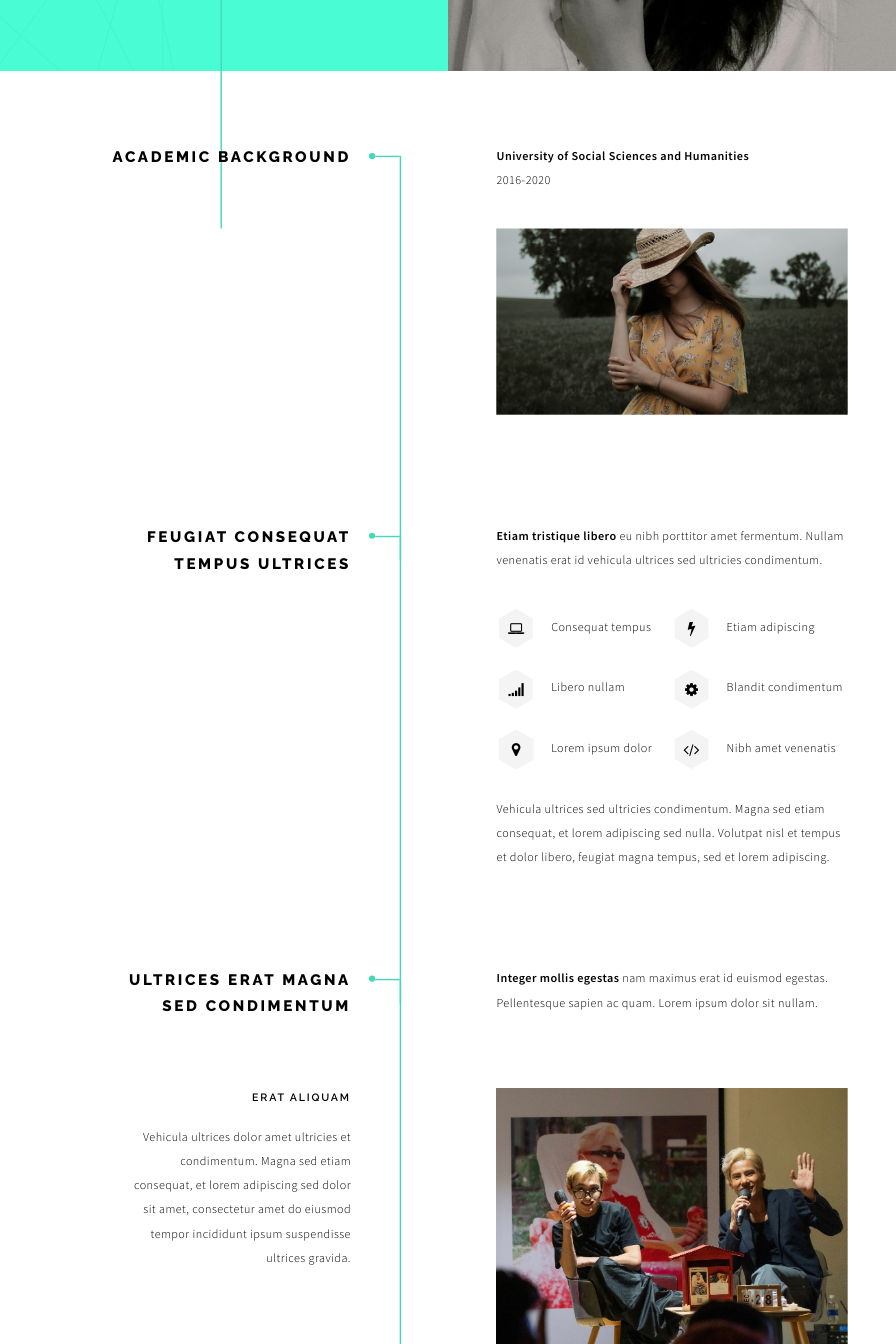
Repository: leonardin999/linh-porfolios
Page: index.html
The author's editor kept a copy of each file at every save. The page is drawn from the files as they stood at one save, then again after the next save.
The browser window is 1280 px wide. The pictures show the part of the page from y = 619 to 2539 px (the page is 6307 px tall before and 6041 px after), at 70% of full size.

Above is the page before, as saved 2023-01-22 21:23:29.

### index.html
<!DOCTYPE html>
<!--
	Paradigm Shift by HTML5 UP
	html5up.net | @ajlkn
	Free for personal and commercial use under the CCA 3.0 license (html5up.net/license)
-->
<html>
  <head>
    <title>Linh's Porfolio</title>
    <meta charset="utf-8" />
    <meta
      name="viewport"
      content="width=device-width, initial-scale=1, user-scalable=no"
    />
    <meta name="description" content="" />
    <meta name="keywords" content="" />
    <link rel="stylesheet" href="assets/css/main.css" />
  </head>
  <body class="is-preload">
    <!-- Wrapper -->
    <div id="wrapper">
      <!-- Intro -->
      <section class="intro">
        <header>
          <h1>PARTNERSHIP MARKETING EXECUTIVE</h1>
          <p>
            I believe in "edutainment" which can help everyone absorb knowledge
            easily. I am interested in both education and entertainment and
            combine them in my projects.
          </p>
          <ul class="actions">
            <li>
              <a href="#first" class="arrow scrolly"
                ><span class="label">Next</span></a
              >
            </li>
          </ul>
        </header>
        <div class="content">
          <span class="image fill" data-position="center"
            ><img src="images/pic01.jpg" alt=""
          /></span>
        </div>
      </section>

      <!-- Section -->
      <section id="first">
        <header>
          <h2>Academic background</h2>
        </header>
        <div class="content">
            <strong>University of Social Sciences and Humanities</strong>
            <br>2016-2020</br>
          </p>
          <span class="image main"><img src="images/pic02.jpg" alt="" /></span>
        </div>
      </section>

      <!-- Section -->
      <section>
        <header>
          <h2>Feugiat consequat tempus ultrices</h2>
        </header>
        <div class="content">
          <p>
            <strong>Etiam tristique libero</strong> eu nibh porttitor amet
            fermentum. Nullam venenatis erat id vehicula ultrices sed ultricies
            condimentum.
          </p>
          <ul class="feature-icons">
            <li class="icon fa-laptop">Consequat tempus</li>
            <li class="icon fa-bolt">Etiam adipiscing</li>
            <li class="icon fa-signal">Libero nullam</li>
            <li class="icon fa-gear">Blandit condimentum</li>
            <li class="icon fa-map-marker">Lorem ipsum dolor</li>
            <li class="icon fa-code">Nibh amet venenatis</li>
          </ul>
          <p>
            Vehicula ultrices sed ultricies condimentum. Magna sed etiam
            consequat, et lorem adipiscing sed nulla. Volutpat nisl et tempus et
            dolor libero, feugiat magna tempus, sed et lorem adipiscing.
          </p>
        </div>
      </section>

      <!-- Section -->
      <section>
        <header>
          <h2>Ultrices erat magna sed condimentum</h2>
        </header>
        <div class="content">
          <p>
            <strong>Integer mollis egestas</strong> nam maximus erat id euismod
            egestas. Pellentesque sapien ac quam. Lorem ipsum dolor sit nullam.
          </p>

          <!-- Section -->
          <section>
            <header>
              <h3>Erat aliquam</h3>
              <p>
                Vehicula ultrices dolor amet ultricies et condimentum. Magna sed
                etiam consequat, et lorem adipiscing sed dolor sit amet,
                consectetur amet do eiusmod tempor incididunt ipsum suspendisse
                ultrices gravida.
              </p>
            </header>
            <div class="content">
              <div class="gallery">
                <a href="images/gallery/fulls/01.jpg" class="landscape"
                  ><img src="images/gallery/thumbs/01.jpg" alt=""
                /></a>
                <a href="images/gallery/fulls/02.jpg"
                  ><img src="images/gallery/thumbs/02.jpg" alt=""
                /></a>
                <a href="images/gallery/fulls/03.jpg"
                  ><img src="images/gallery/thumbs/03.jpg" alt=""
                /></a>
                <a href="images/gallery/fulls/04.jpg" class="landscape"
                  ><img src="images/gallery/thumbs/04.jpg" alt=""
                /></a>
              </div>
            </div>
          </section>

          <!-- Section -->
          <section>
            <header>
              <h3>Nisl consequat</h3>
              <p>
                Aenean ornare velit lacus, ac varius enim ullamcorper eu. Proin
                aliquam sed facilisis ante interdum congue. Integer mollis, nisl
                amet convallis, porttitor magna ullamcorper, amet mauris. Ut
                magna finibus nisi nec lacinia ipsum maximus.
              </p>
            </header>
            <div class="content">
              <div class="gallery">
                <a href="images/gallery/fulls/05.jpg" class="landscape"
                  ><img src="images/gallery/thumbs/05.jpg" alt=""
                /></a>
                <a href="images/gallery/fulls/06.jpg"
                  ><img src="images/gallery/thumbs/06.jpg" alt=""
                /></a>
                <a href="images/gallery/fulls/07.jpg"
                  ><img src="images/gallery/thumbs/07.jpg" alt=""
                /></a>
              </div>
            </div>
          </section>

          <!-- Section -->
          <section>
            <header>
              <h3>Lorem gravida</h3>
              <p>
                Proin aliquam facilisis ante interdum. Sed nulla amet lorem
                feugiat tempus aenean ornare velit lacus, ac varius sed enim
                lorem ullamcorper dolore. ac varius enim lorem ullamcorper
                dolore. Proin aliquam facilisis.
              </p>
            </header>
            <div class="content">
              <div class="gallery">
                <a href="images/gallery/fulls/08.jpg" class="portrait"
                  ><img src="images/gallery/thumbs/08.jpg" alt=""
                /></a>
                <a href="images/gallery/fulls/09.jpg" class="portrait"
                  ><img src="images/gallery/thumbs/09.jpg" alt=""
                /></a>
                <a href="images/gallery/fulls/10.jpg" class="landscape"
                  ><img src="images/gallery/thumbs/10.jpg" alt=""
                /></a>
              </div>
            </div>
          </section>
        </div>
      </section>

      <!-- Section -->
      <section>
        <header>
          <h2>Duis sed adpiscing veroeros amet</h2>
        </header>
        <div class="content">
          <p>
            <strong>Proin tempus feugiat</strong> sed varius enim lorem
            ullamcorper dolore aliquam aenean ornare velit lacus, ac varius enim
            lorem ullamcorper dolore.
          </p>
          <ul class="actions">
            <li><a href="#" class="button primary large">Get Started</a></li>
            <li><a href="#" class="button large">Learn More</a></li>
          </ul>
        </div>
      </section>

      <!-- Elements -->
      <!--
					<section>
						<header>
							<h2>Elements</h2>
						</header>
						<div class="content">

							<section>
								<header>
									<h3>Text</h3>
								</header>
								<div class="content">
									<p>This is <b>bold</b> and this is <strong>strong</strong>. This is <i>italic</i> and this is <em>emphasized</em>.
									This is <sup>superscript</sup> text and this is <sub>subscript</sub> text.
									This is <u>underlined</u> and this is code: <code>for (;;) { ... }</code>. Finally, <a href="#">this is a link</a>.</p>
									<hr />
									<h2>Heading Level 2</h2>
									<h3>Heading Level 3</h3>
									<h4>Heading Level 4</h4>
									<h5>Heading Level 5</h5>
									<hr />
									<h5>Blockquote</h5>
									<blockquote>Fringilla nisl. Donec accumsan interdum nisi, quis tincidunt felis sagittis eget tempus euismod. Vestibulum ante ipsum primis in faucibus vestibulum. Blandit adipiscing eu felis iaculis volutpat ac adipiscing accumsan faucibus. Vestibulum ante ipsum primis in faucibus lorem ipsum dolor sit amet nullam adipiscing eu felis.</blockquote>
									<h5>Preformatted</h5>
									<pre><code>i = 0;

while (!deck.isInOrder()) {
  print 'Iteration ' + i;
  deck.shuffle();
  i++;
}

print 'Sorted in ' + i + ' iterations.';</code></pre>
								</div>
							</section>

							<section>
								<header>
									<h3>Lists</h3>
								</header>
								<div class="content">

									<h4>Unordered</h4>
									<ul>
										<li>Dolor pulvinar etiam.</li>
										<li>Sagittis adipiscing.</li>
										<li>Felis enim feugiat.</li>
									</ul>

									<h4>Alternate</h4>
									<ul class="alt">
										<li>Dolor pulvinar etiam.</li>
										<li>Sagittis adipiscing.</li>
										<li>Felis enim feugiat.</li>
									</ul>

									<h4>Ordered</h4>
									<ol>
										<li>Dolor pulvinar etiam.</li>
										<li>Etiam vel felis viverra.</li>
										<li>Felis enim feugiat.</li>
										<li>Dolor pulvinar etiam.</li>
										<li>Etiam vel felis lorem.</li>
										<li>Felis enim et feugiat.</li>
									</ol>
									<h4>Icons</h4>
									<ul class="icons">
										<li><a href="#" class="icon fa-twitter"><span class="label">Twitter</span></a></li>
										<li><a href="#" class="icon fa-facebook"><span class="label">Facebook</span></a></li>
										<li><a href="#" class="icon fa-instagram"><span class="label">Instagram</span></a></li>
										<li><a href="#" class="icon fa-github"><span class="label">Github</span></a></li>
									</ul>

									<h4>Actions</h4>
									<ul class="actions">
										<li><a href="#" class="button primary">Default</a></li>
										<li><a href="#" class="button">Default</a></li>
									</ul>
									<ul class="actions stacked">
										<li><a href="#" class="button primary">Default</a></li>
										<li><a href="#" class="button">Default</a></li>
									</ul>
								</div>
							</section>

							<section>
								<header>
									<h3>Table</h3>
								</header>
								<div class="content">
									<h4>Default</h4>
									<div class="table-wrapper">
										<table>
											<thead>
												<tr>
													<th>Name</th>
													<th>Description</th>
													<th>Price</th>
												</tr>
											</thead>
											<tbody>
												<tr>
													<td>Item One</td>
													<td>Ante turpis integer aliquet porttitor.</td>
													<td>29.99</td>
												</tr>
												<tr>
													<td>Item Two</td>
													<td>Vis ac commodo adipiscing arcu aliquet.</td>
													<td>19.99</td>
												</tr>
												<tr>
													<td>Item Three</td>
													<td> Morbi faucibus arcu accumsan lorem.</td>
													<td>29.99</td>
												</tr>
												<tr>
													<td>Item Four</td>
													<td>Vitae integer tempus condimentum.</td>
													<td>19.99</td>
												</tr>
												<tr>
													<td>Item Five</td>
													<td>Ante turpis integer aliquet porttitor.</td>
													<td>29.99</td>
												</tr>
											</tbody>
											<tfoot>
												<tr>
													<td colspan="2"></td>
													<td>100.00</td>
												</tr>
											</tfoot>
										</table>
									</div>

									<h4>Alternate</h4>
									<div class="table-wrapper">
										<table class="alt">
											<thead>
												<tr>
													<th>Name</th>
													<th>Description</th>
													<th>Price</th>
												</tr>
											</thead>
											<tbody>
												<tr>
													<td>Item One</td>
													<td>Ante turpis integer aliquet porttitor.</td>
													<td>29.99</td>
												</tr>
												<tr>
													<td>Item Two</td>
													<td>Vis ac commodo adipiscing arcu aliquet.</td>
													<td>19.99</td>
												</tr>
												<tr>
													<td>Item Three</td>
													<td> Morbi faucibus arcu accumsan lorem.</td>
													<td>29.99</td>
												</tr>
												<tr>
													<td>Item Four</td>
													<td>Vitae integer tempus condimentum.</td>
													<td>19.99</td>
												</tr>
												<tr>
													<td>Item Five</td>
													<td>Ante turpis integer aliquet porttitor.</td>
													<td>29.99</td>
												</tr>
											</tbody>
											<tfoot>
												<tr>
													<td colspan="2"></td>
													<td>100.00</td>
												</tr>
											</tfoot>
										</table>
									</div>
								</div>
							</section>

							<section>
								<header>
									<h3>Buttons</h3>
								</header>
								<div class="content">
									<ul class="actions">
										<li><a href="#" class="button primary">Primary</a></li>
										<li><a href="#" class="button">Default</a></li>
									</ul>
									<ul class="actions">
										<li><a href="#" class="button large">Large</a></li>
										<li><a href="#" class="button">Default</a></li>
										<li><a href="#" class="button small">Small</a></li>
									</ul>
									<ul class="actions">
										<li><a href="#" class="button primary icon fa-download">Icon</a></li>
										<li><a href="#" class="button icon fa-download">Icon</a></li>
									</ul>
									<ul class="actions">
										<li><span class="button primary disabled">Disabled</span></li>
										<li><span class="button disabled">Disabled</span></li>
									</ul>
								</div>
							</section>

							<section>
								<header>
									<h3>Form</h3>
								</header>
								<div class="content">
									<form method="post" action="#">
										<div class="fields">
											<div class="field half">
												<label for="demo-name">Name</label>
												<input type="text" name="demo-name" id="demo-name" value="" placeholder="Jane Doe" />
											</div>
											<div class="field half">
												<label for="demo-email">Email</label>
												<input type="email" name="demo-email" id="demo-email" value="" placeholder="jane@untitled.tld" />
											</div>
											<div class="field">
												<label for="demo-category">Category</label>
												<select name="demo-category" id="demo-category">
													<option value="">-</option>
													<option value="1">Manufacturing</option>
													<option value="1">Shipping</option>
													<option value="1">Administration</option>
													<option value="1">Human Resources</option>
												</select>
											</div>
											<div class="field half">
												<input type="radio" id="demo-priority-low" name="demo-priority" checked>
												<label for="demo-priority-low">Low</label>
											</div>
											<div class="field half">
												<input type="radio" id="demo-priority-high" name="demo-priority">
												<label for="demo-priority-high">High</label>
											</div>
											<div class="field half">
												<input type="checkbox" id="demo-copy" name="demo-copy">
												<label for="demo-copy">Email me a copy</label>
											</div>
											<div class="field half">
												<input type="checkbox" id="demo-human" name="demo-human" checked>
												<label for="demo-human">Not a robot</label>
											</div>
											<div class="field">
												<label for="demo-message">Message</label>
												<textarea name="demo-message" id="demo-message" placeholder="Enter your message" rows="6"></textarea>
											</div>
										</div>
										<ul class="actions">
											<li><input type="submit" value="Send Message" class="primary" /></li>
											<li><input type="reset" value="Reset" /></li>
										</ul>
									</form>
								</div>
							</section>

						</div>
					</section>
				-->

      <!-- Section -->
      <section>
        <header>
          <h2>Get in touch</h2>
        </header>
        <div class="content">
          <p>
            <strong>Auctor commodo</strong> interdum et malesuada fames ac ante
            ipsum primis in faucibus. Pellentesque venenatis dolor imperdiet
            dolor mattis sagittis.
          </p>
          <form>
            <div class="fields">
              <div class="field half">
                <input type="text" name="name" id="name" placeholder="Name" />
              </div>
              <div class="field half">
                <input
                  type="email"
                  name="email"
                  id="email"
                  placeholder="Email"
                />
              </div>
              <div class="field">
                <textarea
                  name="message"
                  id="message"
                  placeholder="Message"
                  rows="7"
                ></textarea>
              </div>
            </div>
            <ul class="actions">
              <li>
                <input
                  type="submit"
                  value="Send Message"
                  class="button primary"
                />
              </li>
            </ul>
          </form>
        </div>
        <footer>
          <ul class="items">
            <li>
              <h3>Email</h3>
              <a href="#">information@untitled.ext</a>
            </li>
            <li>
              <h3>Phone</h3>
              <a href="#">(000) 000-0000</a>
            </li>
            <li>
              <h3>Address</h3>
              <span>1234 Somewhere Road, Nashville, TN 00000</span>
            </li>
            <li>
              <h3>Elsewhere</h3>
              <ul class="icons">
                <li>
                  <a href="#" class="icon fa-twitter"
                    ><span class="label">Twitter</span></a
                  >
                </li>
                <li>
                  <a href="#" class="icon fa-facebook"
                    ><span class="label">Facebook</span></a
                  >
                </li>
                <li>
                  <a href="#" class="icon fa-instagram"
                    ><span class="label">Instagram</span></a
                  >
                </li>
                <li>
                  <a href="#" class="icon fa-linkedin"
                    ><span class="label">LinkedIn</span></a
                  >
                </li>
                <li>
                  <a href="#" class="icon fa-github"
                    ><span class="label">GitHub</span></a
                  >
                </li>
                <li>
                  <a href="#" class="icon fa-codepen"
                    ><span class="label">Codepen</span></a
                  >
                </li>
              </ul>
            </li>
          </ul>
        </footer>
      </section>

      <!-- Copyright -->
      <div class="copyright">
        &copy; Untitled. All rights reserved. Design:
        <a href="https://html5up.net">HTML5 UP</a>. Distributed by
        <a href="https://themewagon.com/">ThemeWagon</a>
      </div>
    </div>

    <!-- Scripts -->
    <script src="assets/js/jquery.min.js"></script>
    <script src="assets/js/jquery.scrolly.min.js"></script>
    <script src="assets/js/browser.min.js"></script>
    <script src="assets/js/breakpoints.min.js"></script>
    <script src="assets/js/util.js"></script>
    <script src="assets/js/main.js"></script>
  </body>
</html>

Loaded but not shown: assets/js/jquery.min.js (library); assets/js/jquery.scrolly.min.js (common file); assets/js/browser.min.js (common file); assets/js/breakpoints.min.js (common file); assets/css/font-awesome.min.css (library); assets/js/util.js (587 lines, source omitted); assets/js/main.js (208 lines, source omitted); assets/css/main.css (3922 lines, source omitted)

After the next save:
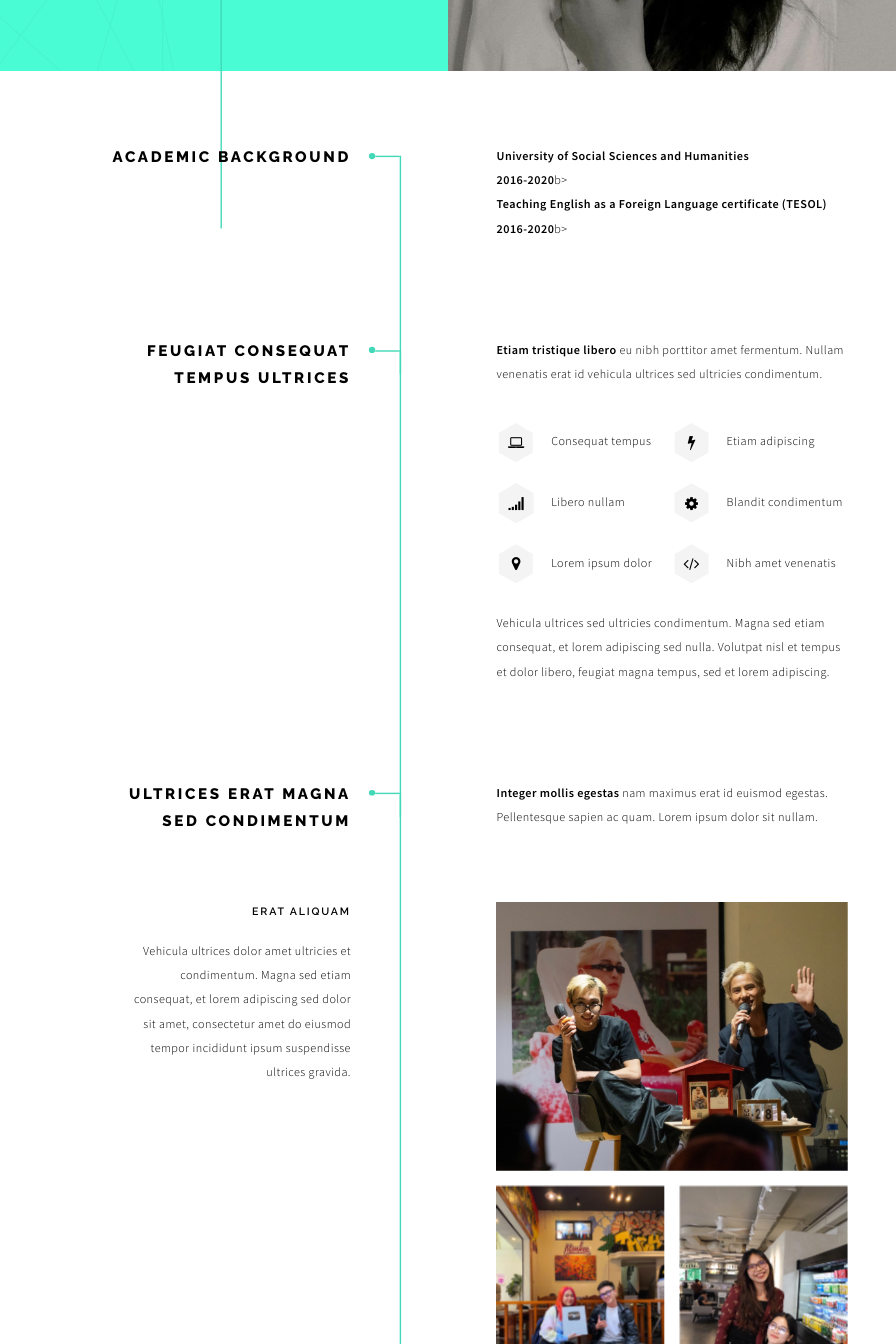
Saved 103 s later.
--- a/index.html
+++ b/index.html
@@ -50,9 +50,10 @@
         </header>
         <div class="content">
             <strong>University of Social Sciences and Humanities</strong>
-            <br>2016-2020</br>
-          </p>
-          <span class="image main"><img src="images/pic02.jpg" alt="" /></span>
+            <br><b>2016-2020</b>b></br>
+            <strong>Teaching English as a Foreign Language certificate (TESOL)</strong>
+            <br><b>2016-2020</b>b></br>
+          </p>
         </div>
       </section>
 
